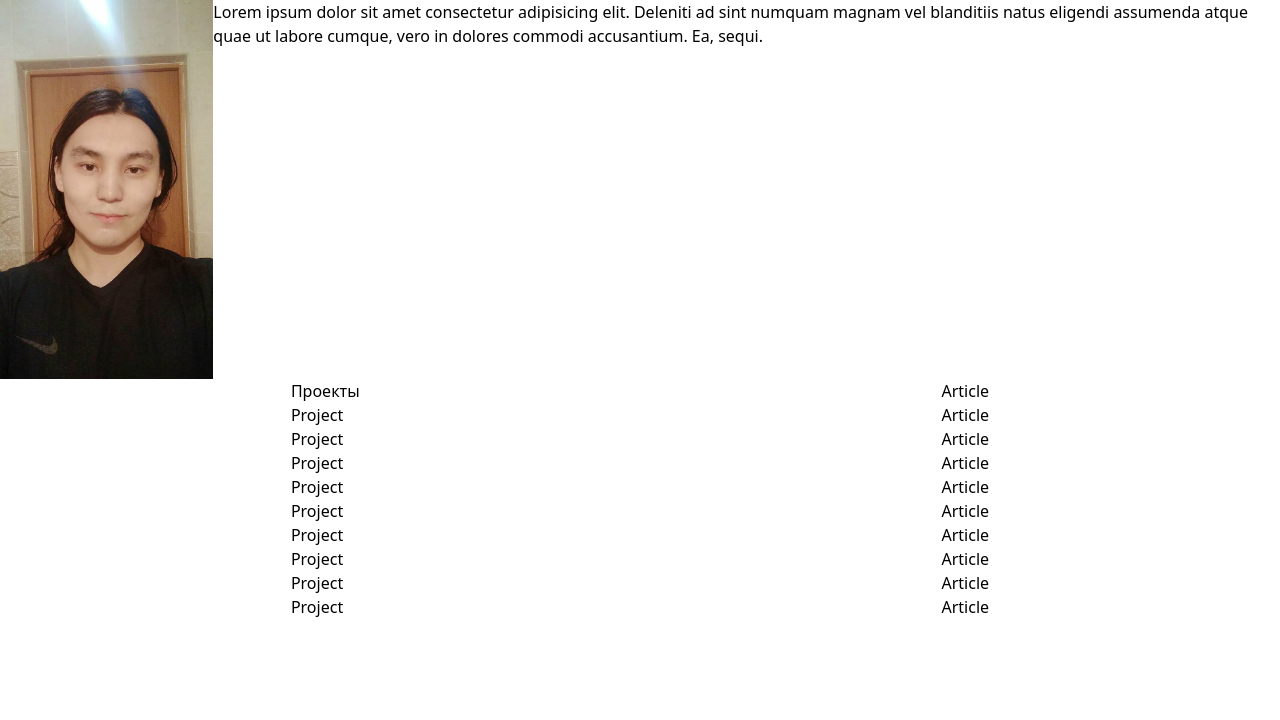
Repository: SkuldFuture/my-app
Page: /
An editor plug-in stored every save of this project. The page is shown before and after the next save, followed by the edit.
The browser window is 1280 px wide. The pictures show the whole page.
The project was rebuilt for these pictures with package versions that can differ from the ones it lists, and the page was loaded fresh each time. Also part of the build but not shown: src/App.css.

Above is the page before, as saved 2023-02-13 18:57:15.

After the next save:
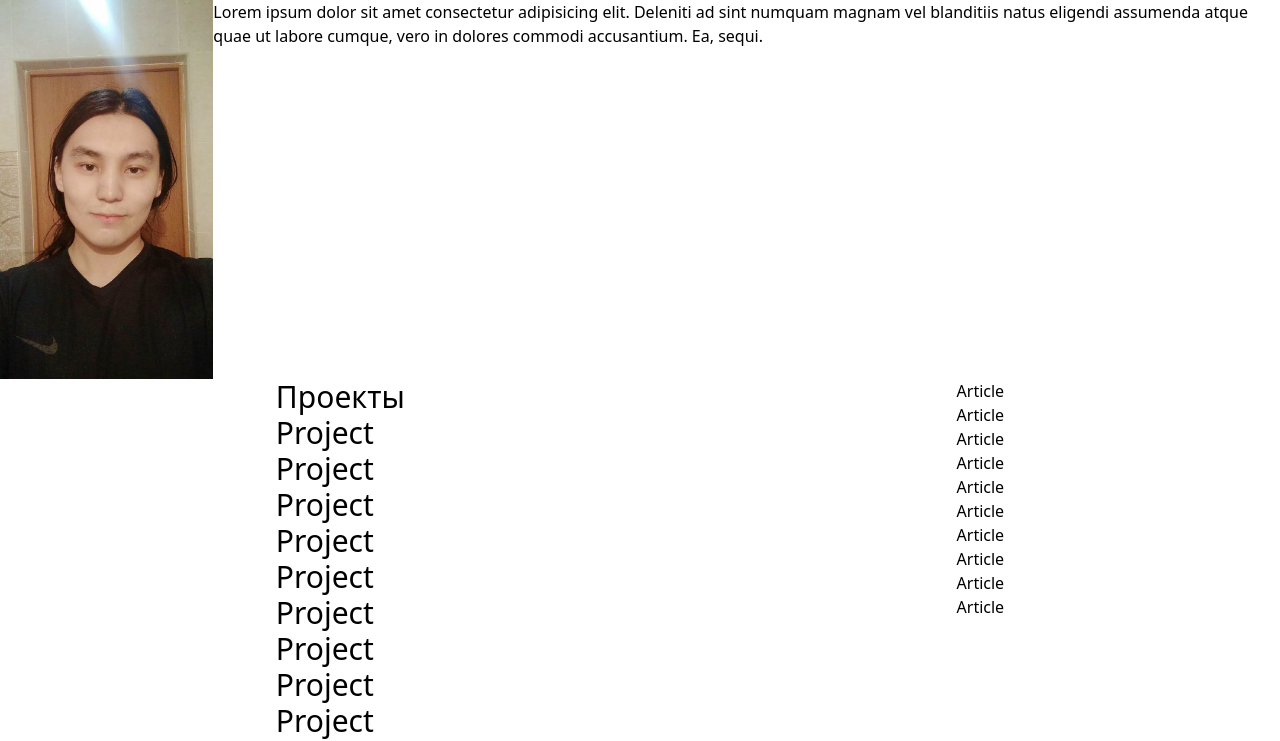
Saved 4 min 31 s later.
--- a/src/pages/Home.tsx
+++ b/src/pages/Home.tsx
@@ -7,7 +7,7 @@ export function Home() {
     <>
       <Header />
       <div className="flex flex-row justify-around">
-        <div>
+        <div className="text-3xl">
         <Projects />
         </div>
         <div>
